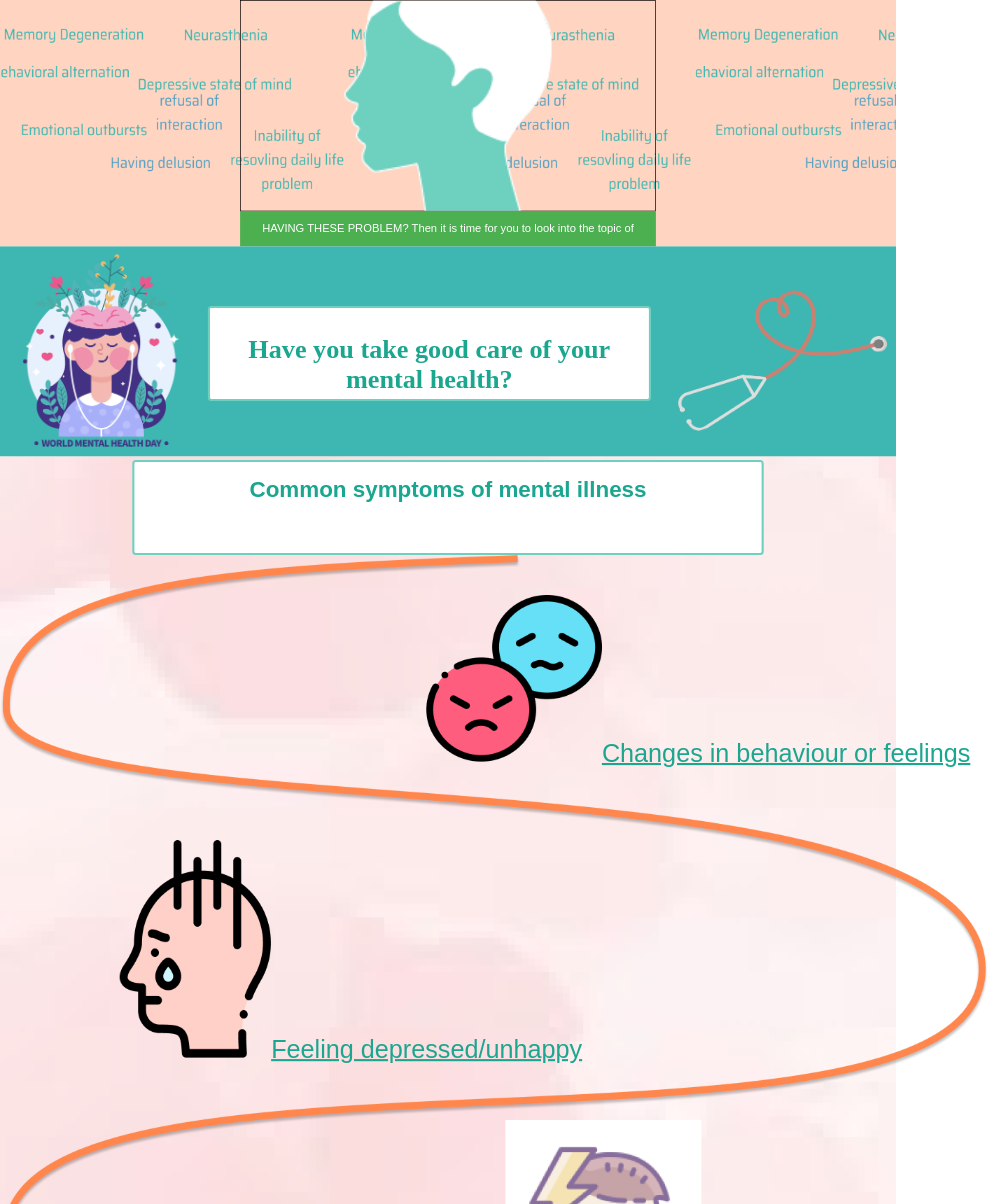
Repository: zzs1/2109-Dynamic-Content-Project
Page: index.html
An editor plug-in stored every save of this project. The page is shown before and after the next save, followed by the edit.
The browser window is 1280 px wide. The page is 1412 px wide, so the pictures cover 1412 px, including what lies to the right of the window. The pictures show the part of the page from y = 0 to 1720 px (the page is 8296 px tall before and 7264 px after), at 70% of full size.
Some web fonts or font styles are not loaded; a fallback is used.

Above is the page before, as saved 2021-03-09 12:56:46.

After the next save:
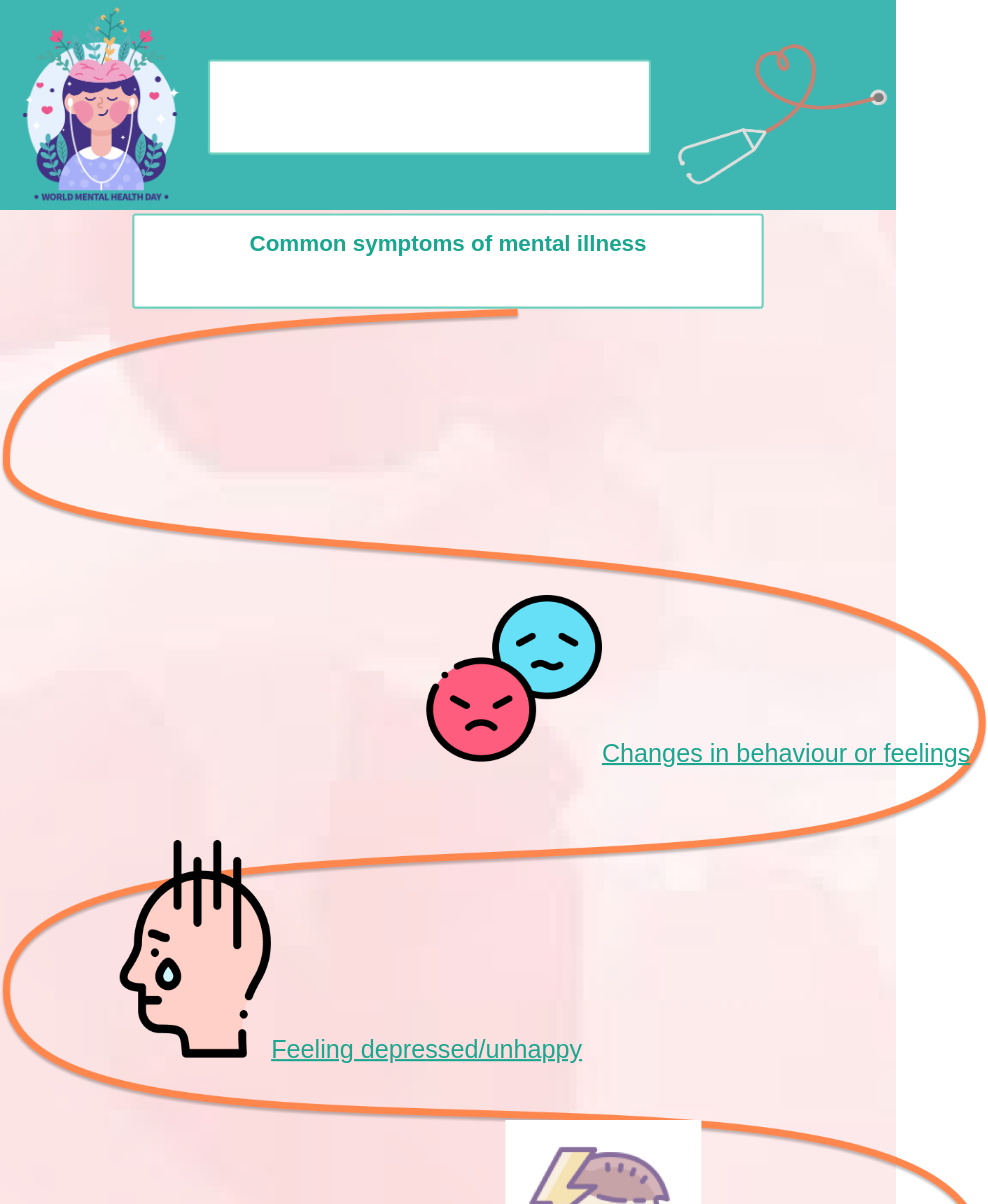
Console error: TypeError: Cannot set properties of null (setting 'onclick')
Saved 50 s later.
--- a/index.html
+++ b/index.html
@@ -189,7 +189,6 @@
   <script src="comps/Title/index.js"></script>
   <script src="comps/icon/index.js"></script>
   <script src="comps/Info/index.js"></script>
-  <script src="index.js"></script>
   <script>
     function myFunction() {
       document.getElementById("panel").style.display = "block";

After the save that followed:
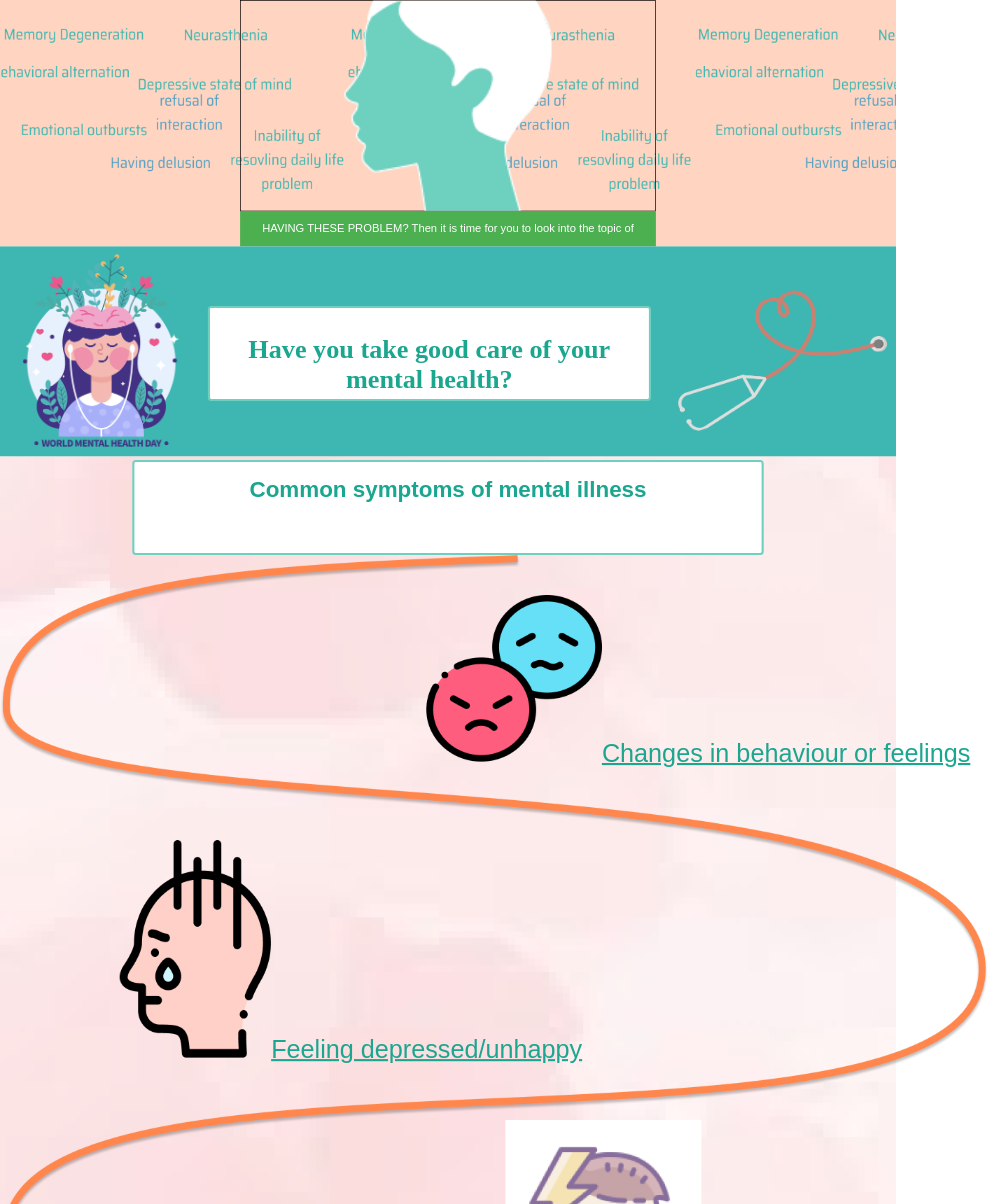
Saved 4 s later.
--- a/index.html
+++ b/index.html
@@ -242,6 +242,7 @@
       document.getElementById("info5").style.display = "none";
     }
     </script>
+    <script src="index.js"></script>
     <!--DONT TOUCH !! Chisaki scripts ends here-->
 
 </body>
